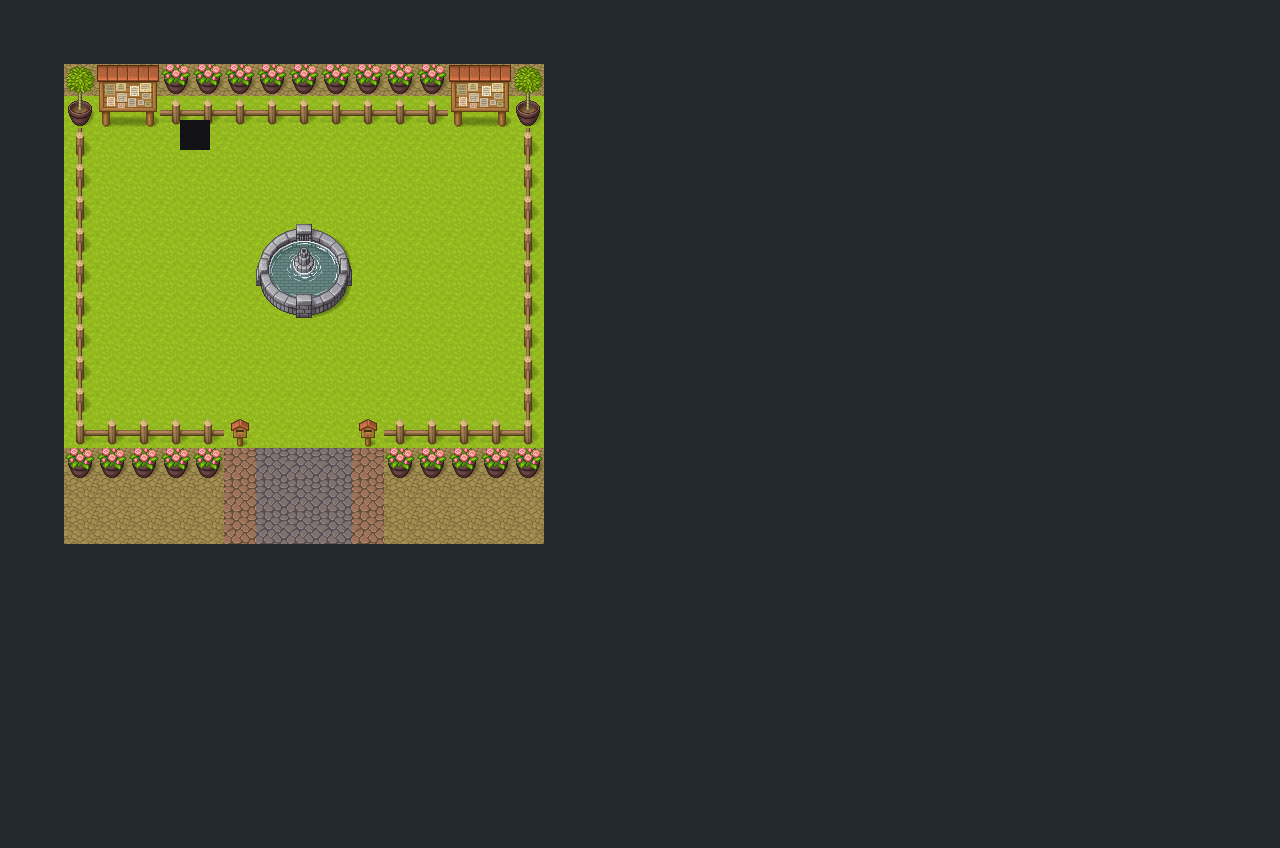
Repository: guilhermecardoso93/rpg-react
Page: /
These files come from the project's save history. The page is drawn as it stood at one moment and after the next save; the edit follows.
The browser window is 1280 px wide. The pictures show the whole page.
The project was rebuilt for these pictures with package versions that can differ from the ones it lists, and the page was loaded fresh each time.

Above is the page before, as saved 2022-11-15 21:48:10.

### src/index.tsx
import React from 'react';
import ReactDOM from 'react-dom/client';
import {App} from './App';
import { GlobalStyle } from './App.styles';
import reportWebVitals from './reportWebVitals';

const root = ReactDOM.createRoot(
  document.getElementById('root') as HTMLElement
);
root.render(
  <React.StrictMode>
    <GlobalStyle/>
    <App />
  </React.StrictMode>
);

// If you want to start measuring performance in your app, pass a function
// to log results (for example: reportWebVitals(console.log))
// or send to an analytics endpoint. Learn more: https://bit.ly/CRA-vitals
reportWebVitals();

### src/App.tsx
import React from 'react';
import { Container, Map } from './App.styles';
import { Character } from './componets/Character';


export function App() {
  return (
    <Container>
      <Map>
        <Character x={6} y={4}/>
      </Map>
    </Container>
  );
}

### src/App.styles.ts
import styled, { createGlobalStyle } from "styled-components";

export const GlobalStyle = createGlobalStyle`
  * {
    box-sizing: border-box;
    margin: 0;
    padding: 0;
  }

  body {
    background-color: #24282f;
  }
`;

export const Container = styled.div`
  min-height: 100vh;
  color: #fff;
  margin: 4rem;
`;

export const Map = styled.div`
  background-image: url("/assets/map.png");
  background-position: left top;
  background-size: cover;
  width: 480px;
  height: 480px;
`;

### src/componets/Character/index.tsx
import { Container } from './styles';

type CharacterProps = {
  x: number,
  y: number,
}


export function Character({x, y}: CharacterProps) {
  const size = 30

  return (
    <Container
      left={x * size}
      top={ y * size}
      size={size}
    >

    </Container>
  );
}

### src/componets/Character/styles.ts
import styled from "styled-components";

export const Container = styled.div<{left: number, top: number, size: number}>`
  width: ${props => props.size}px;
  height: ${props => props.size}px;
  position: absolute;
  left: ${props => props.left}px;
  top: ${props => props.top}px;
  background-color: #121214;
`;

### src/hooks/useCharacter.ts
import { useState } from "react";

export function useCharacter() {
  const [pos, setPos] = useState({ x: 1, y: 1 });

  function moveLeft() {
    setPos((pos) => ({
      x: pos.x - 1,
      y: pos.y,
    }));
  }

  function moveRight() {
    setPos((pos) => ({
      x: pos.x + 1,
      y: pos.y,
    }));
  }

  function moveTop() {
    setPos((pos) => ({
      x: pos.x ,
      y: pos.y - 1,
    }));
  }

  function moveDown() {
    setPos((pos) => ({
      x: pos.x ,
      y: pos.y + 1,
    }));
  }

  return {
    x: pos.x,
    y: pos.y,
    moveDown,
    moveTop,
    moveLeft,
    moveRight,
  };
}

Loaded but not shown: public/index.html (common file); src/reportWebVitals.ts (common file)

After the next save:
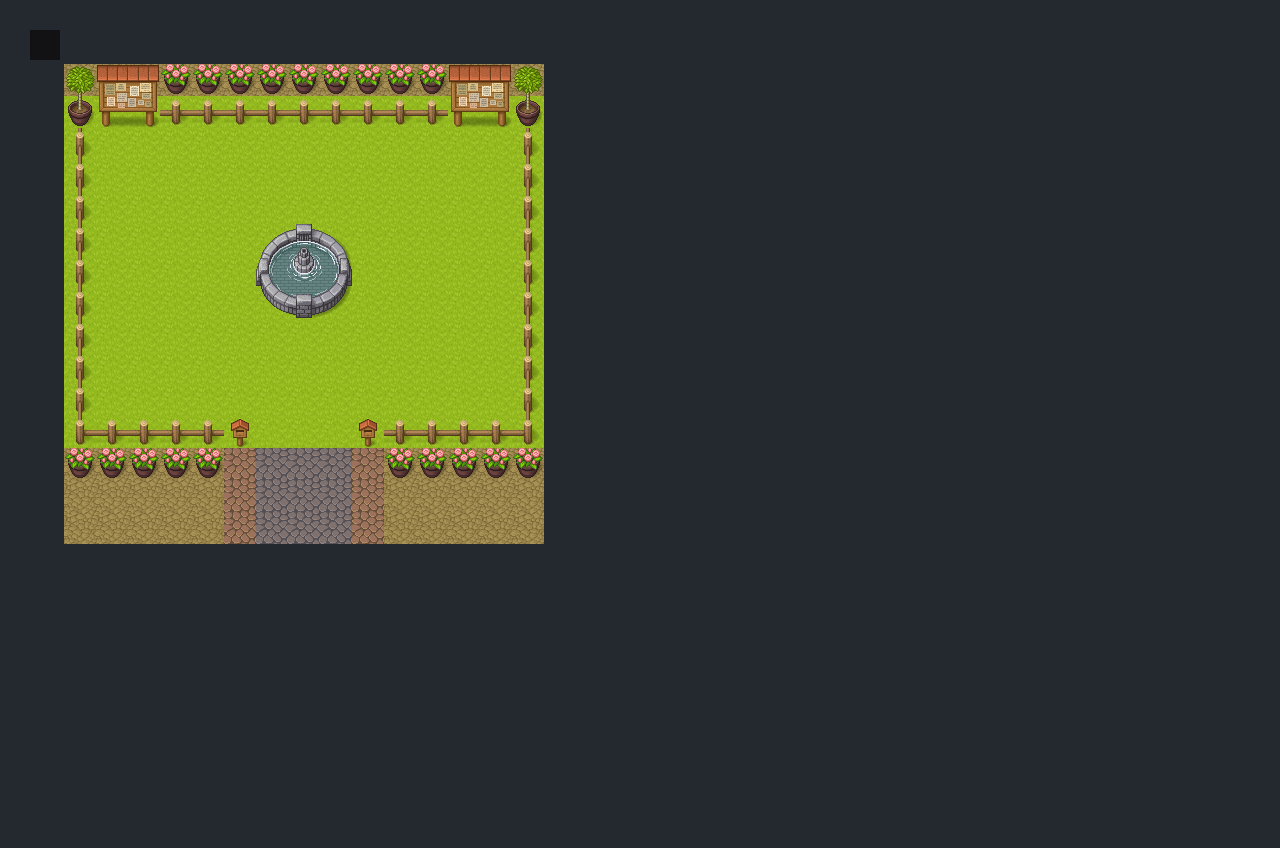
Saved 81 s later.
--- a/src/App.tsx
+++ b/src/App.tsx
@@ -1,13 +1,16 @@
 import React from 'react';
 import { Container, Map } from './App.styles';
 import { Character } from './componets/Character';
+import { useCharacter } from './hooks/useCharacter';
 
 
 export function App() {
+  const character = useCharacter()
+
   return (
     <Container>
       <Map>
-        <Character x={6} y={4}/>
+        <Character x={character.x} y={character.y}/>
       </Map>
     </Container>
   );
